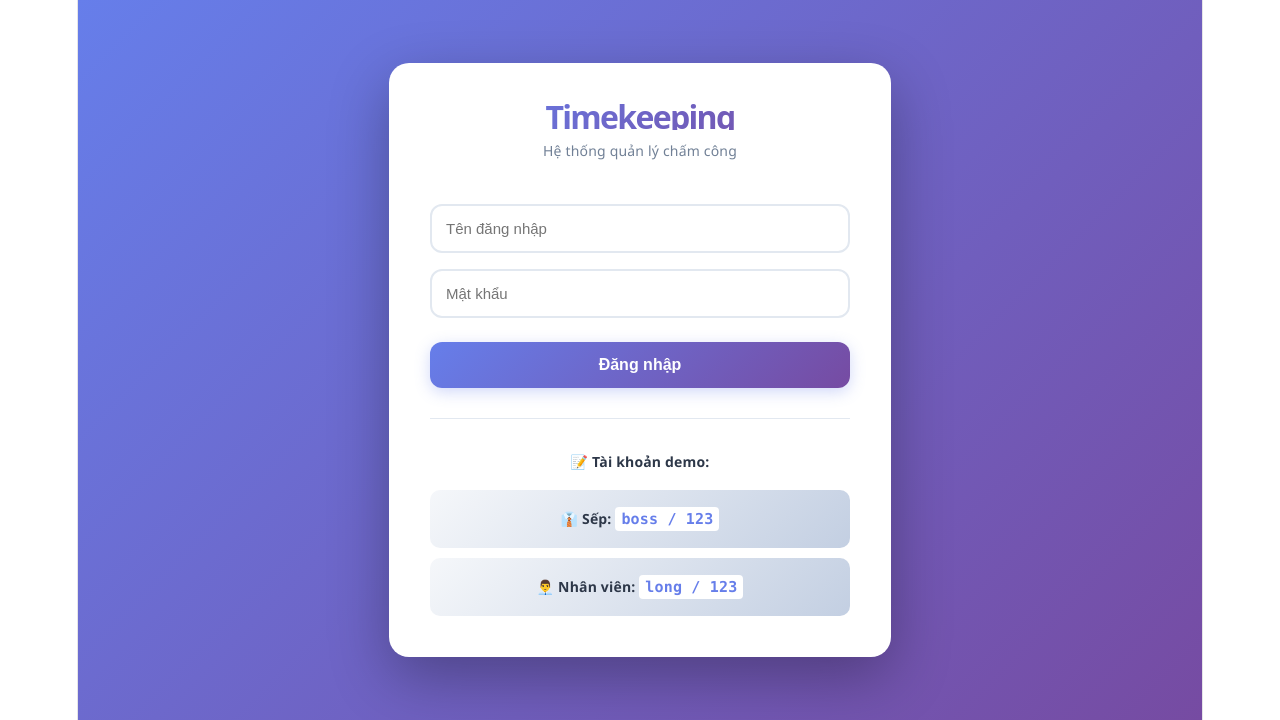
Repository: lgitacc01/timekeeping
Page: / (app in frontend/)
The author's editor kept a copy of each file at every save. The page is drawn from the files as they stood at one save, then again after the next save.
The browser window is 1280 px wide. The pictures show the whole page.
The project was rebuilt for these pictures with package versions that can differ from the ones it lists, and the page was loaded fresh each time. Also part of the build but not shown: frontend/vite.config.js, frontend/src/pages/EmployeeDashboard.jsx, frontend/src/pages/ManagerDashboard.jsx.

Above is the page before, as saved 2026-05-29 16:00:24.

### frontend/src/index.css
:root {
  --text: #6b6375;
  --text-h: #08060d;
  --bg: #fff;
  --border: #e5e4e7;
  --code-bg: #f4f3ec;
  --accent: #aa3bff;
  --accent-bg: rgba(170, 59, 255, 0.1);
  --accent-border: rgba(170, 59, 255, 0.5);
  --social-bg: rgba(244, 243, 236, 0.5);
  --shadow:
    rgba(0, 0, 0, 0.1) 0 10px 15px -3px, rgba(0, 0, 0, 0.05) 0 4px 6px -2px;

  --sans: system-ui, 'Segoe UI', Roboto, sans-serif;
  --heading: system-ui, 'Segoe UI', Roboto, sans-serif;
  --mono: ui-monospace, Consolas, monospace;

  font: 18px/145% var(--sans);
  letter-spacing: 0.18px;
  color-scheme: light dark;
  color: var(--text);
  background: var(--bg);
  font-synthesis: none;
  text-rendering: optimizeLegibility;
  -webkit-font-smoothing: antialiased;
  -moz-osx-font-smoothing: grayscale;

  @media (max-width: 1024px) {
    font-size: 16px;
  }
}

@media (prefers-color-scheme: dark) {
  :root {
    --text: #9ca3af;
    --text-h: #f3f4f6;
    --bg: #16171d;
    --border: #2e303a;
    --code-bg: #1f2028;
    --accent: #c084fc;
    --accent-bg: rgba(192, 132, 252, 0.15);
    --accent-border: rgba(192, 132, 252, 0.5);
    --social-bg: rgba(47, 48, 58, 0.5);
    --shadow:
      rgba(0, 0, 0, 0.4) 0 10px 15px -3px, rgba(0, 0, 0, 0.25) 0 4px 6px -2px;
  }

  #social .button-icon {
    filter: invert(1) brightness(2);
  }
}

body {
  margin: 0;
}

#root {
  width: 1126px;
  max-width: 100%;
  margin: 0 auto;
  text-align: center;
  border-inline: 1px solid var(--border);
  min-height: 100svh;
  display: flex;
  flex-direction: column;
  box-sizing: border-box;
}

h1,
h2 {
  font-family: var(--heading);
  font-weight: 500;
  color: var(--text-h);
}

h1 {
  font-size: 56px;
  letter-spacing: -1.68px;
  margin: 32px 0;
  @media (max-width: 1024px) {
    font-size: 36px;
    margin: 20px 0;
  }
}
h2 {
  font-size: 24px;
  line-height: 118%;
  letter-spacing: -0.24px;
  margin: 0 0 8px;
  @media (max-width: 1024px) {
    font-size: 20px;
  }
}
p {
  margin: 0;
}

code,
.counter {
  font-family: var(--mono);
  display: inline-flex;
  border-radius: 4px;
  color: var(--text-h);
}

code {
  font-size: 15px;
  line-height: 135%;
  padding: 4px 8px;
  background: var(--code-bg);
}

### frontend/src/App.jsx
import { BrowserRouter, Routes, Route } from "react-router-dom"

import Login from "./pages/Login"
import EmployeeDashboard from "./pages/EmployeeDashboard"
import ManagerDashboard from "./pages/ManagerDashboard"

function App() {

  return (
    <BrowserRouter>

      <Routes>

        <Route
          path="/"
          element={<Login />}
        />

        <Route
          path="/employee"
          element={<EmployeeDashboard />}
        />

        <Route
          path="/manager"
          element={<ManagerDashboard />}
        />

      </Routes>

    </BrowserRouter>
  )
}

export default App

### frontend/src/pages/Login.jsx
import { useState } from "react"

import axios from "axios"

import { useNavigate } from "react-router-dom"

function Login() {

    const navigate = useNavigate()

    const [username, setUsername] = useState("")
    const [password, setPassword] = useState("")

    const handleLogin = async () => {

        try {

            const res = await axios.post(
                "http://165.245.178.80:5000/login",
                {
                    username,
                    password
                }
            )

            localStorage.setItem(
                "user",
                JSON.stringify(res.data.user)
            )

            if (res.data.user.role === "manager") {
                navigate("/manager")
            }
            else {
                navigate("/employee")
            }

        }
        catch (err) {
            alert(err.response.data.message)
        }
    }

    return (

        <div
            style={{
                minHeight: "100vh",
                display: "flex",
                justifyContent: "center",
                alignItems: "center",
                background: "linear-gradient(135deg, #667eea 0%, #764ba2 100%)",
                fontFamily: "'Segoe UI', Tahoma, Geneva, Verdana, sans-serif"
            }}
        >

            <div
                style={{
                    width: 420,
                    background: "white",
                    padding: 40,
                    borderRadius: 20,
                    boxShadow: "0px 20px 60px rgba(0, 0, 0, 0.3)",
                    border: "1px solid rgba(255, 255, 255, 0.1)"
                }}
            >

                <div
                    style={{
                        textAlign: "center",
                        marginBottom: 40
                    }}
                >

                    <h1
                        style={{
                            fontSize: 32,
                            fontWeight: 700,
                            margin: 0,
                            marginBottom: 8,
                            background: "linear-gradient(135deg, #667eea 0%, #764ba2 100%)",
                            backgroundClip: "text",
                            WebkitBackgroundClip: "text",
                            WebkitTextFillColor: "transparent"
                        }}
                    >
                        Timekeeping
                    </h1>

                    <p
                        style={{
                            margin: 0,
                            color: "#718096",
                            fontSize: 14
                        }}
                    >
                        Hệ thống quản lý chấm công
                    </p>

                </div>

                <input
                    placeholder="Tên đăng nhập"
                    value={username}
                    onChange={(e) => setUsername(e.target.value)}
                    onKeyPress={(e) => e.key === "Enter" && handleLogin()}
                    style={{
                        width: "100%",
                        padding: 14,
                        marginBottom: 16,
                        borderRadius: 12,
                        border: "2px solid #e2e8f0",
                        fontSize: 15,
                        boxSizing: "border-box",
                        transition: "all 0.3s ease",
                        outline: "none"
                    }}
                    onFocus={(e) => {
                        e.target.style.borderColor = "#667eea"
                        e.target.style.boxShadow = "0px 0px 0px 3px rgba(102, 126, 234, 0.1)"
                    }}
                    onBlur={(e) => {
                        e.target.style.borderColor = "#e2e8f0"
                        e.target.style.boxShadow = "none"
                    }}
                />

                <input
                    type="password"
                    placeholder="Mật khẩu"
                    value={password}
                    onChange={(e) => setPassword(e.target.value)}
                    onKeyPress={(e) => e.key === "Enter" && handleLogin()}
                    style={{
                        width: "100%",
                        padding: 14,
                        marginBottom: 24,
                        borderRadius: 12,
                        border: "2px solid #e2e8f0",
                        fontSize: 15,
                        boxSizing: "border-box",
                        transition: "all 0.3s ease",
                        outline: "none"
                    }}
                    onFocus={(e) => {
                        e.target.style.borderColor = "#667eea"
                        e.target.style.boxShadow = "0px 0px 0px 3px rgba(102, 126, 234, 0.1)"
                    }}
                    onBlur={(e) => {
                        e.target.style.borderColor = "#e2e8f0"
                        e.target.style.boxShadow = "none"
                    }}
                />

                <button
                    onClick={handleLogin}
                    style={{
                        width: "100%",
                        padding: 14,
                        background: "linear-gradient(135deg, #667eea 0%, #764ba2 100%)",
                        color: "white",
                        border: "none",
                        borderRadius: 12,
                        fontSize: 16,
                        fontWeight: 700,
                        cursor: "pointer",
                        transition: "all 0.3s ease",
                        boxShadow: "0px 4px 15px rgba(102, 126, 234, 0.3)"
                    }}
                    onMouseEnter={(e) => {
                        e.target.style.transform = "translateY(-2px)"
                        e.target.style.boxShadow = "0px 6px 25px rgba(102, 126, 234, 0.4)"
                    }}
                    onMouseLeave={(e) => {
                        e.target.style.transform = "translateY(0)"
                        e.target.style.boxShadow = "0px 4px 15px rgba(102, 126, 234, 0.3)"
                    }}
                >
                    Đăng nhập
                </button>

                <div
                    style={{
                        marginTop: 30,
                        paddingTop: 30,
                        borderTop: "1px solid #e2e8f0"
                    }}
                >

                    <p
                        style={{
                            margin: 0,
                            fontWeight: 700,
                            marginBottom: 14,
                            color: "#2d3748",
                            fontSize: 14
                        }}
                    >
                        📝 Tài khoản demo:
                    </p>

                    <div
                        style={{
                            background: "linear-gradient(135deg, #f5f7fa 0%, #c3cfe2 100%)",
                            padding: 16,
                            borderRadius: 10,
                            marginBottom: 10
                        }}
                    >

                        <p
                            style={{
                                margin: 0,
                                color: "#2d3748",
                                fontSize: 14,
                                fontWeight: 600
                            }}
                        >
                            👔 Sếp: <code style={{ background: "#fff", padding: "2px 6px", borderRadius: 4, color: "#667eea" }}>boss / 123</code>
                        </p>

                    </div>

                    <div
                        style={{
                            background: "linear-gradient(135deg, #f5f7fa 0%, #c3cfe2 100%)",
                            padding: 16,
                            borderRadius: 10
                        }}
                    >

                        <p
                            style={{
                                margin: 0,
                                color: "#2d3748",
                                fontSize: 14,
                                fontWeight: 600
                            }}
                        >
                            👨‍💼 Nhân viên: <code style={{ background: "#fff", padding: "2px 6px", borderRadius: 4, color: "#667eea" }}>long / 123</code>
                        </p>

                    </div>

                </div>

            </div>

        </div>
    )
}

export default Login

Loaded but not shown: frontend/src/main.jsx (common file)

After the next save:
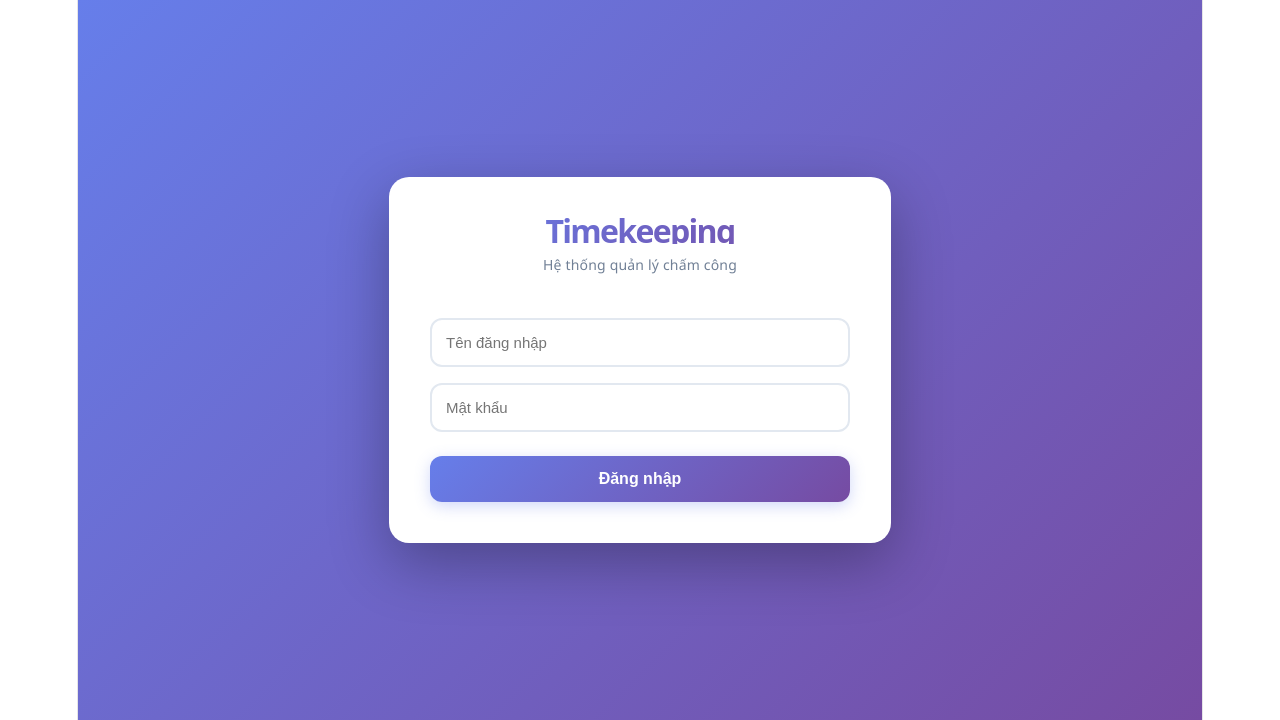
Saved 80 s later.
--- a/frontend/src/pages/Login.jsx
+++ b/frontend/src/pages/Login.jsx
@@ -16,7 +16,7 @@ function Login() {
         try {
 
             const res = await axios.post(
-                "http://165.245.178.80:5000/login",
+                "/api/login",
                 {
                     username,
                     password
@@ -179,71 +179,6 @@ function Login() {
                     Đăng nhập
                 </button>
 
-                <div
-                    style={{
-                        marginTop: 30,
-                        paddingTop: 30,
-                        borderTop: "1px solid #e2e8f0"
-                    }}
-                >
-
-                    <p
-                        style={{
-                            margin: 0,
-                            fontWeight: 700,
-                            marginBottom: 14,
-                            color: "#2d3748",
-                            fontSize: 14
-                        }}
-                    >
-                        📝 Tài khoản demo:
-                    </p>
-
-                    <div
-                        style={{
-                            background: "linear-gradient(135deg, #f5f7fa 0%, #c3cfe2 100%)",
-                            padding: 16,
-                            borderRadius: 10,
-                            marginBottom: 10
-                        }}
-                    >
-
-                        <p
-                            style={{
-                                margin: 0,
-                                color: "#2d3748",
-                                fontSize: 14,
-                                fontWeight: 600
-                            }}
-                        >
-                            👔 Sếp: <code style={{ background: "#fff", padding: "2px 6px", borderRadius: 4, color: "#667eea" }}>boss / 123</code>
-                        </p>
-
-                    </div>
-
-                    <div
-                        style={{
-                            background: "linear-gradient(135deg, #f5f7fa 0%, #c3cfe2 100%)",
-                            padding: 16,
-                            borderRadius: 10
-                        }}
-                    >
-
-                        <p
-                            style={{
-                                margin: 0,
-                                color: "#2d3748",
-                                fontSize: 14,
-                                fontWeight: 600
-                            }}
-                        >
-                            👨‍💼 Nhân viên: <code style={{ background: "#fff", padding: "2px 6px", borderRadius: 4, color: "#667eea" }}>long / 123</code>
-                        </p>
-
-                    </div>
-
-                </div>
-
             </div>
 
         </div>
